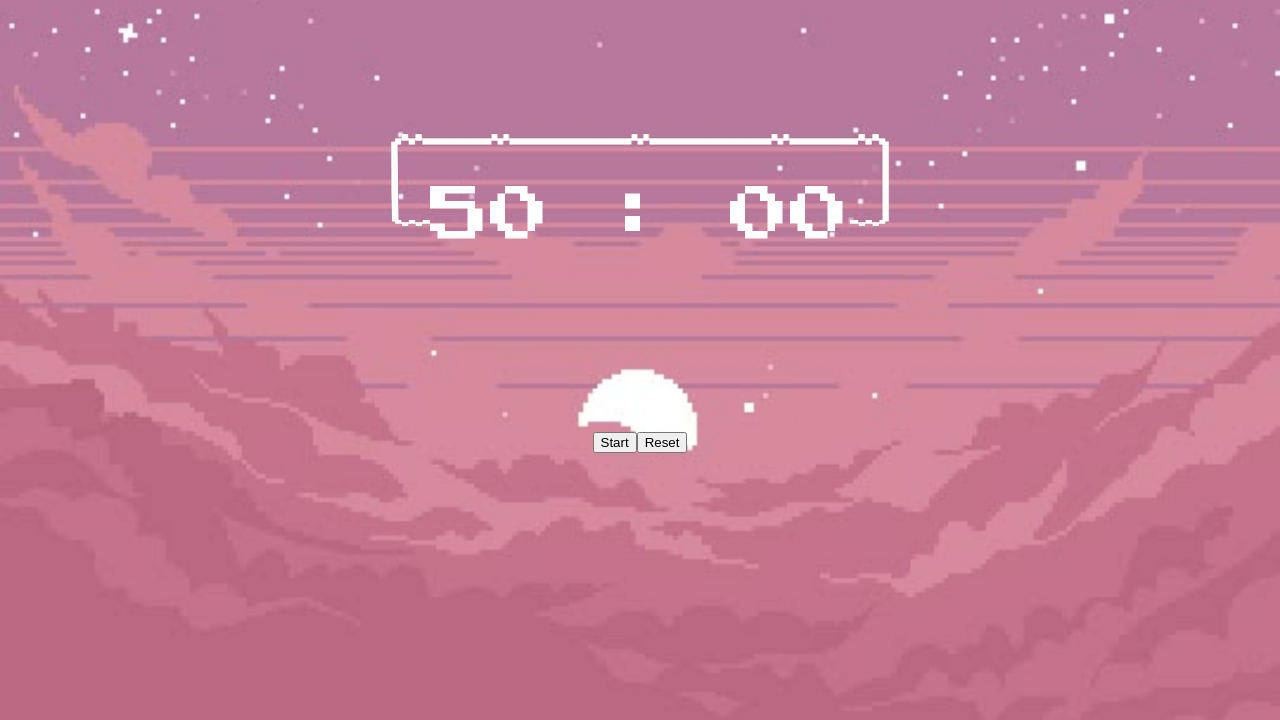
Repository: niharikapatil2306/Study-Timer
Page: index.html
The author's editor kept a copy of each file at every save. The page is drawn from the files as they stood at one save, then again after the next save.
The browser window is 1280 px wide. The pictures show the whole page.

Above is the page before, as saved 2025-02-15 17:28:58.

After the next save:
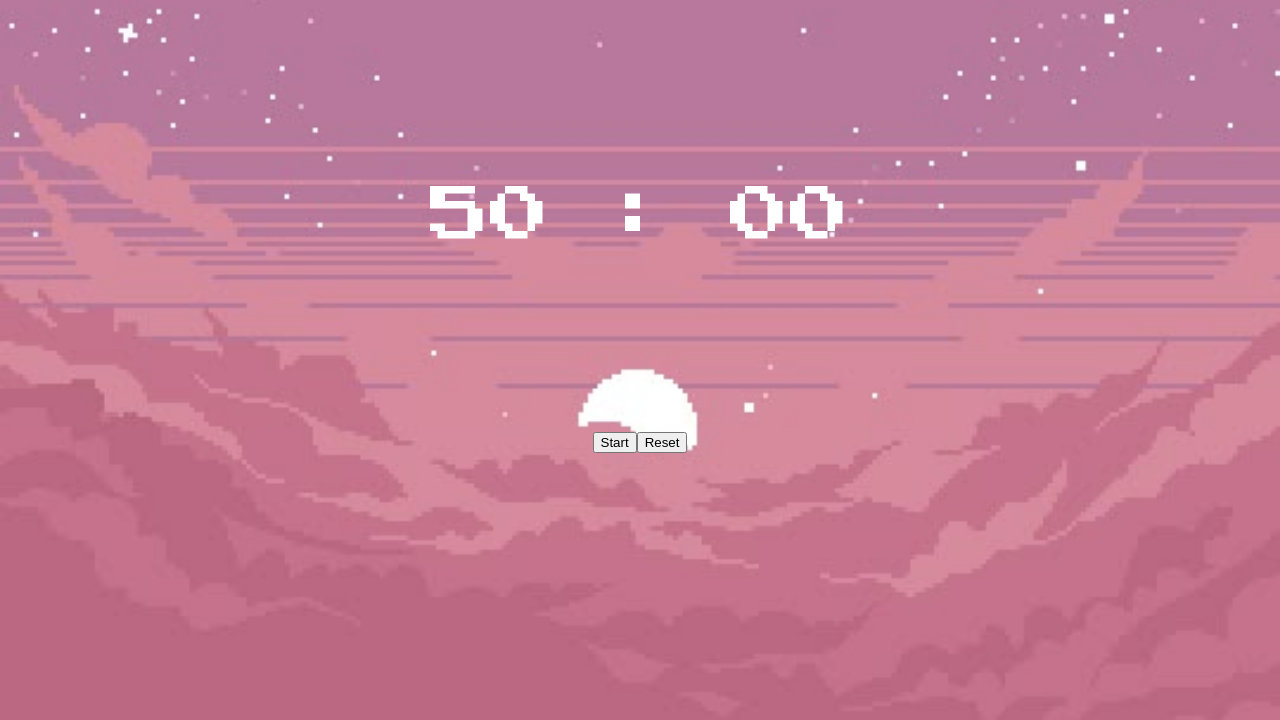
Saved 36 s later.
--- a/style.css
+++ b/style.css
@@ -10,8 +10,7 @@ body {
 }
 
 .box{
-    border: 100px solid transparent;
-    border-image: url('./img/border1.png') 150 round ;
+    background-image: url("./img/border1.png");
 }
 
 .timer{
